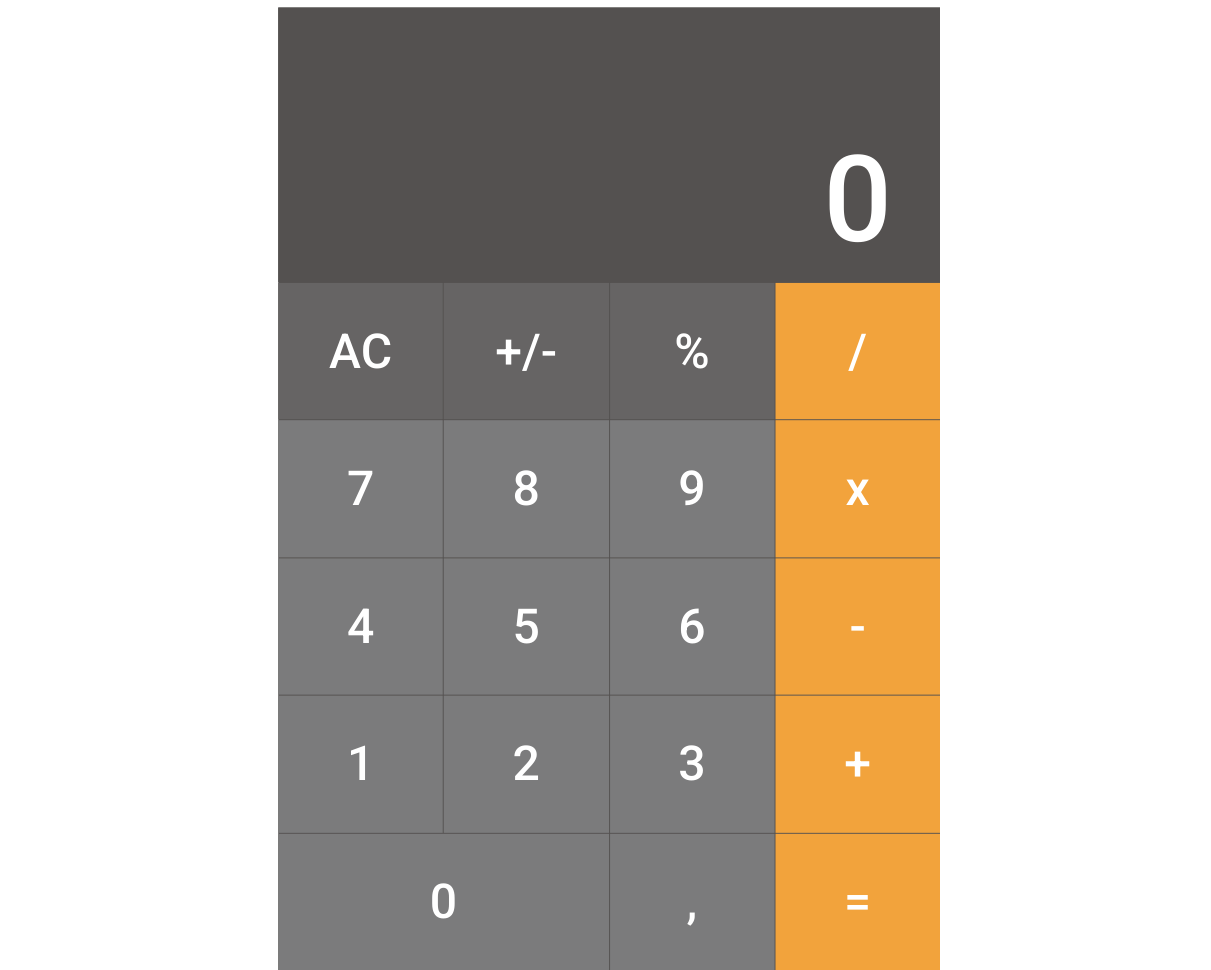
Repository: maciekto/calculatorOOP
Page: index.html
These files come from the project's save history. The page is drawn as it stood at one moment and after the next save; the edit follows.
The browser window is 1280 px wide. The page is 1288 px wide, so the pictures cover 1288 px, including what lies to the right of the window. The pictures show the whole page, at 94% of full size.

Above is the page before, as saved 2022-06-19 19:06:23.

### index.html
<!DOCTYPE html>
<html lang="en">
<head>
    <meta charset="UTF-8">
    <meta http-equiv="X-UA-Compatible" content="IE=edge">
    <meta name="viewport" content="width=device-width, initial-scale=1.0">
    <title>Document</title>
    <link rel="stylesheet" href="css.css">


</head>
<body>
    <main>
        <div class="Calc">
            <div class="Calc__result">0</div>

            <div class="Calc__reset">
                AC
            </div>
            <div class="Calc__opposite">
                +/-
            </div>
            <div class="Calc__percentages">
                %
            </div>
            <div class="Calc__divide">
                /
            </div>

            <div class="Calc__7">7</div>
            <div class="Calc__8">8</div>
            <div class="Calc__9">9</div>
            <div class="Calc__multiply">
                x
            </div>

            <div class="Calc__4">4</div>
            <div class="Calc__5">5</div>
            <div class="Calc__6">6</div>
            <div class="Calc__substraction">
                -
            </div>

            <div class="Calc__1">1</div>
            <div class="Calc__2">2</div>
            <div class="Calc__3">3</div>
            <div class="Calc__addition">
                +
            </div>

            <div class="Calc__0">0</div>
            <div class="Calc__comma">,</div>
            <div class="Calc__isequal">
                =
            </div>

        </div>
    </main>

    <script src="js.js"></script>
</body>
</html>

### css.css
@import url('https://fonts.googleapis.com/css2?family=Roboto:wght@400;500;700&display=swap');

* {
    font-family: 'Roboto', sans-serif;
    font-weight: 500;
    box-sizing: border-box;
}

main {
    width: 100vw;
    height: 100vh;
    display: grid;
    place-items: center;
}

.Calc {
    max-width: 60vw;
    width: 55vw;
    height: 80vw;
    background: #545150;
    color: white;
    display: grid;
    grid-template-columns: repeat(4, 1fr);
    grid-template-rows: repeat(7, 1fr);
    grid-template-areas:
    "result result result result"
    "result result result result"
    "reset opposite percentages divide"
    "seven eight nine multiply"
    "four five six substraction"
    "one two three addition"
    "zero zero comma isequal"
    ;
    grid-gap: 1px;
    font-size: 4vw;
}
.Calc div {
    display: grid;
    place-items: center;
    background: #7b7b7c;
    cursor: pointer;
}
.Calc__result {
    padding: 0 4vw 1vw 0;
    font-size: 10vw;
    grid-area: result;
    background: #545150 !important;
    place-items: end end !important;
}
.Calc__reset {
    background: #666464 !important;
}
.Calc__opposite {
    background: #666464 !important;
}
.Calc__percentages {
    background: #666464 !important;
}
.Calc__divide {
    background: #f2a33c !important;
}
.Calc__multiply {
    background: #f2a33c !important;
}
.Calc__substraction {
    background: #f2a33c !important;
}
.Calc__addition {
    background: #f2a33c !important;
}
.Calc__isequal {
    background: #f2a33c !important;
}


.Calc__0 {
    grid-area: zero;
}

### js.js
console.log('siemano')

After the next save:
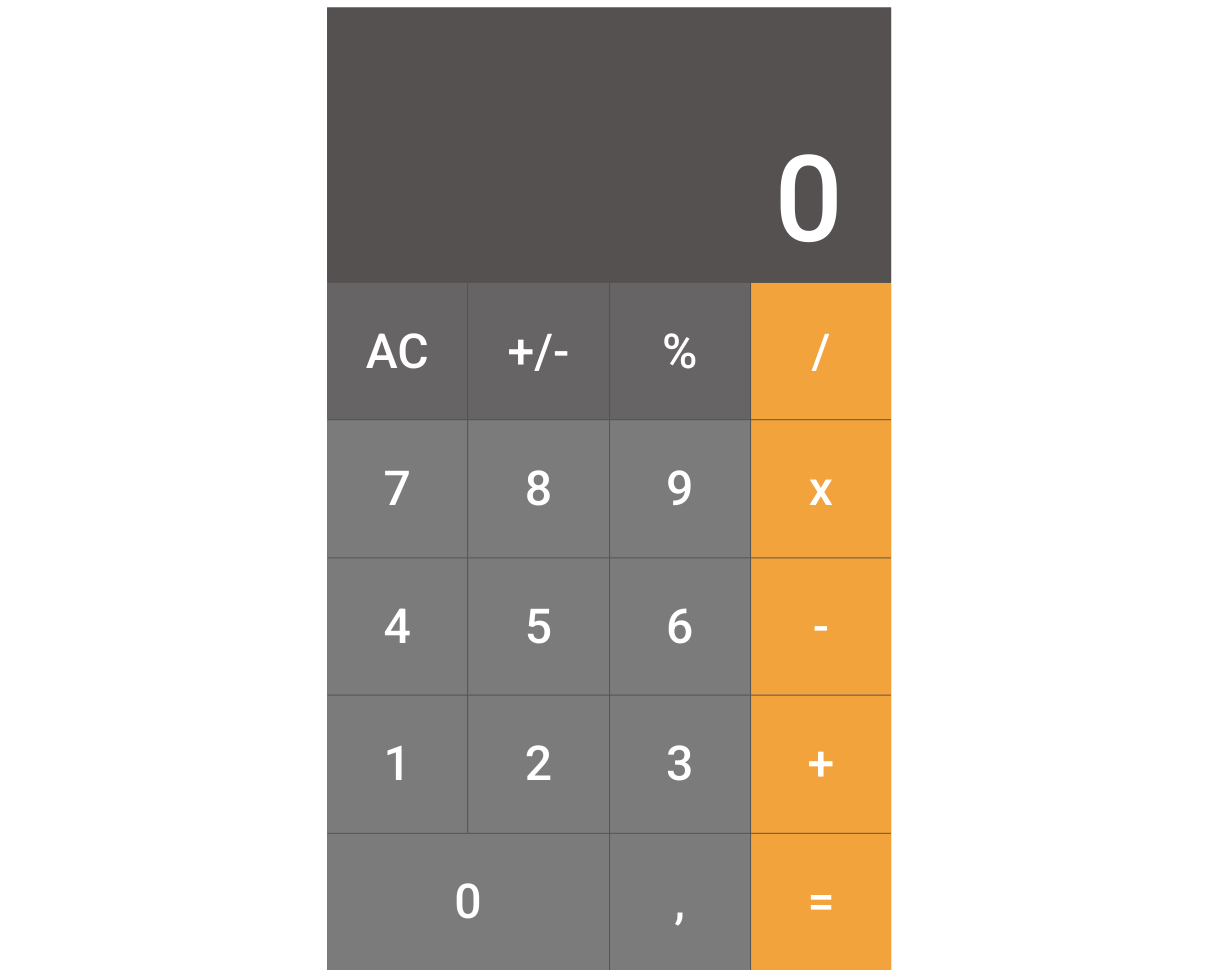
Saved 16 days later.
--- a/css.css
+++ b/css.css
@@ -14,7 +14,7 @@
 }
 
 .Calc {
-    max-width: 60vw;
+    max-width: 600px;
     width: 55vw;
     height: 80vw;
     background: #545150;

After the save that followed:
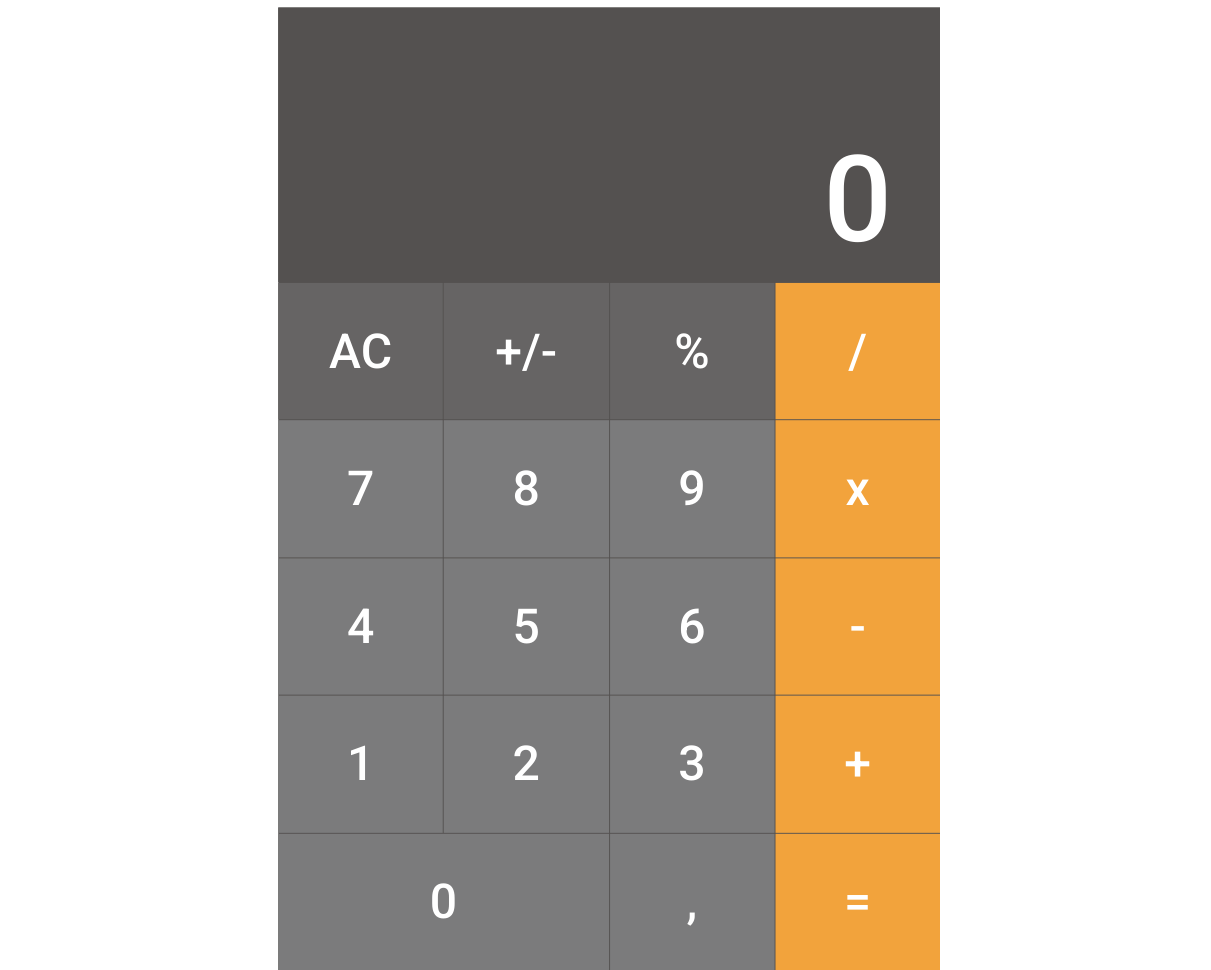
Saved 6 s later.
--- a/css.css
+++ b/css.css
@@ -14,7 +14,7 @@
 }
 
 .Calc {
-    max-width: 600px;
+    max-width: 60vw;
     width: 55vw;
     height: 80vw;
     background: #545150;
